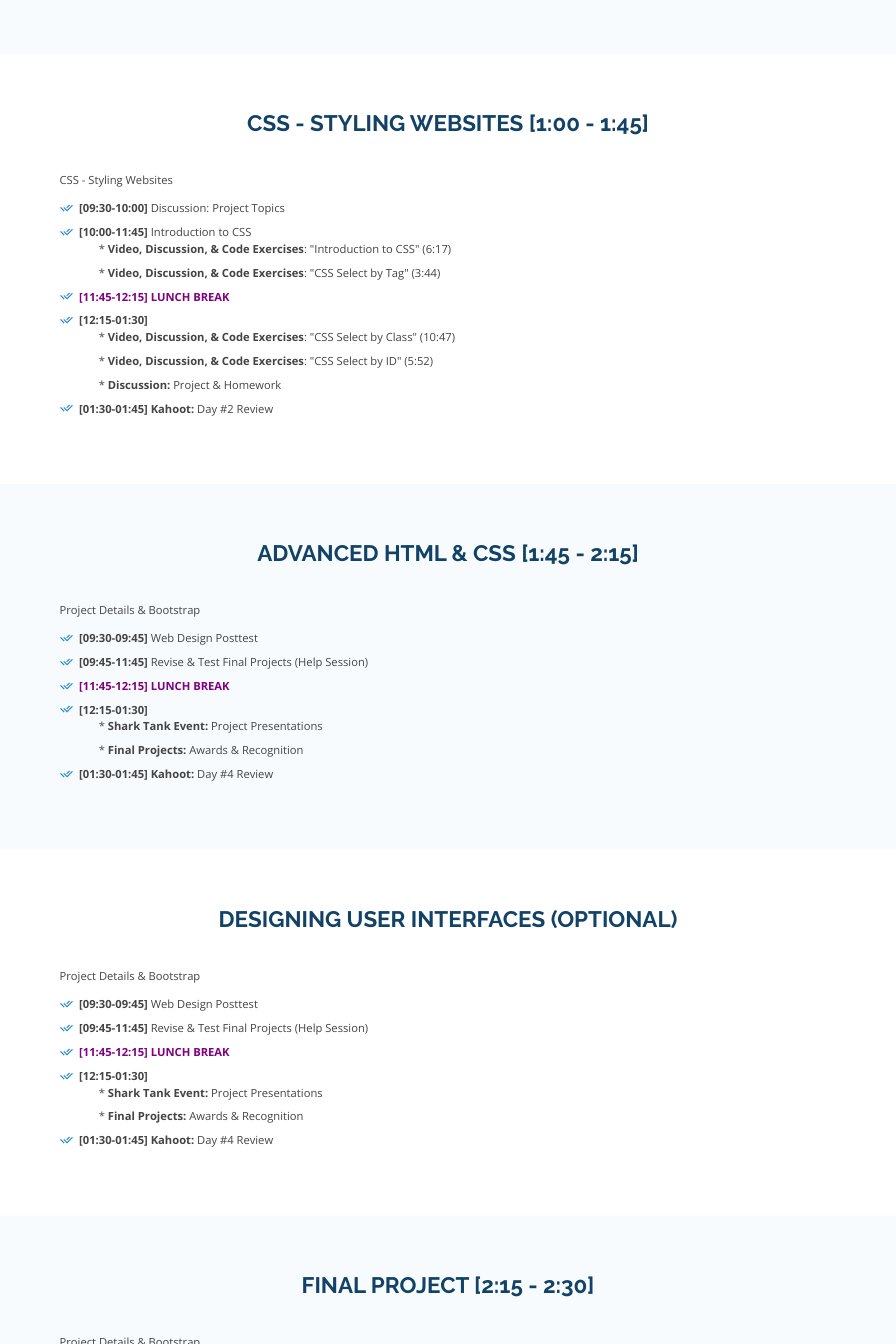
Repository: cchatmon/BMIT-Program
Page: BMIT_OnePage/index.html
The author's editor kept a record of every edit. The page is drawn from the files as they stood at one moment, then again after the next edit.
The browser window is 1280 px wide. The pictures show the part of the page from y = 1461 to 3381 px (the page is 3789 px tall before and 3786 px after), at 70% of full size.
Backgrounds fixed to the window are drawn as part of the page.

Above is the page before.

### BMIT_OnePage/index.html
<!DOCTYPE html>
<html lang="en">

<head>
  <meta charset="utf-8">
  <meta content="width=device-width, initial-scale=1.0" name="viewport">

  <title>FSU BMIT Program</title>
  <meta content="" name="descriptison">
  <meta content="" name="keywords">

  <!-- Favicons -->
  <link href="assets/img/favicon.png" rel="icon">
  <link href="assets/img/apple-touch-icon.png" rel="apple-touch-icon">

  <!-- Google Fonts -->
  <link href="https://fonts.googleapis.com/css?family=Open+Sans:300,300i,400,400i,600,600i,700,700i|Raleway:300,300i,400,400i,500,500i,600,600i,700,700i|Poppins:300,300i,400,400i,500,500i,600,600i,700,700i" rel="stylesheet">

  <!-- Vendor CSS Files -->
  <link href="assets/vendor/bootstrap/css/bootstrap.min.css" rel="stylesheet">
  <link href="assets/vendor/icofont/icofont.min.css" rel="stylesheet">
  <link href="assets/vendor/boxicons/css/boxicons.min.css" rel="stylesheet">
  <link href="assets/vendor/remixicon/remixicon.css" rel="stylesheet">
  <link href="assets/vendor/venobox/venobox.css" rel="stylesheet">
  <link href="assets/vendor/owl.carousel/assets/owl.carousel.min.css" rel="stylesheet">
  <link href="assets/vendor/aos/aos.css" rel="stylesheet">

  <!-- Template Main CSS File -->
  <link href="assets/css/style.css" rel="stylesheet">

  <!-- =======================================================
  * Template Name: OnePage - v2.0.0
  * Template URL: https://bootstrapmade.com/onepage-multipurpose-bootstrap-template/
  * Author: BootstrapMade.com
  * License: https://bootstrapmade.com/license/
  ======================================================== -->
</head>

<body>

  <!-- ======= Header ======= -->
  <header id="header" class="fixed-top">
    <div class="container d-flex align-items-center">

      <h1 class="logo mr-auto"><a href="index.html">FSU BMIT Program</a></h1>
      <!-- Uncomment below if you prefer to use an image logo -->
      <!-- <a href="index.html" class="logo mr-auto"><img src="assets/img/logo.png" alt="" class="img-fluid"></a>-->

      <nav class="nav-menu d-none d-lg-block">
        <ul>
          <li><a href="#getStarted">Getting Started</a></li>
          <li><a href="#htmlStructure">HTML - Structuring Websites</a></li>
          <li><a href="#cssStyling">CSS - Styling Websites</a></li>
          <li><a href="#advanceHTML">Advance HTML & CSS</a></li>
          <li><a href="#userInterface">Designing User Interfaces</a></li>
          <li><a href="#finalProject">Final Project</a></li>
        </ul>
      </nav><!-- .nav-menu -->
    </div>
  </header><!-- End Header -->

  <!-- ======= Hero Section ======= -->
  <section id="hero" class="d-flex align-items-center">
    <div class="container position-relative" data-aos="fade-up" data-aos-delay="100">
      <div class="row justify-content-center">
        <div class="col-xl-7 col-lg-9 text-center">
          <h1>BMIT Web Design Training</h1>
          <h2>Instructor:  Christy Chatmon</h2>
        </div>
      </div>
      </div>
  </section><!-- End Hero -->

  <main id="main">

    <!-- ======= Get Started ======= -->
    <section id="getStarted" class="about">
      <div class="container" data-aos="fade-up">

        <div class="section-title">
          <h2>Getting Started [11:45 - 12:15]</h2>
          <p>Getting Started & Structuring Websites using HTML </p>
        </div>

        <div class="row content">
          <div class="col-lg-12">
            <p>In today's world, web pages are the most common medium for sharing ideas and information.  Learning to design websites is an incredibly useful skill for any career path. The CodeHS Web Design course is a project-based course that teaches students how to build their own web pages. Students will learn the languages HTML and CSS, and will create their own live homepages to serve as portfolios of their creations. By the end of this session, students will be able to explain how web pages are developed and viewed on the Internet,analyze and fix errors in existing websites, and create their very own multi-page websites.  Students will learn the foundations of user interface design, rapid prototyping and user testing,and will work to create professional, mobile responsive websites.
            </p>
            <ul>
              <li><i class="ri-check-double-line"></i>introductions & CodeHS
                  <ul>
                    <li>* <a href="https://codehs.com/go/6C265"><u>Click to go to CodeHS</u></a></li>
                    <li>* Use the following code to join the class:  <b style="color:red;">6C265</b></li>
                    <li>* Web Development Resources:
                          <ul>
                            <li><a href="https://www.w3schools.com/">-- <u>w3schools Online Web Tutorials</u></a></li>
                            <li><a href="https://www.tutorialspoint.com/html/index.htm">-- <u>Tutorialspoint</u></a></li>
                            <li><a href="https://html.com/">-- <u>Learn HTML Code, Tags & CSS</u></a></li>
                          </ul>
                    </li>
                  </ul>
              </li>

              <li><i class="ri-check-double-line"></i><b>[12:15-12:30]</b> Web Design Pretest (15 questions)</li>


            </ul>
          </div>
        </div>
      </div>
    </section>    <!-- =======END Get Started ======= -->


    <!-- ======= HTML Structure ======= -->
    <section id="htmlStructure" class="services section-bg">
      <div class="container" data-aos="fade-up">

        <div class="section-title">
          <h2>HTML - Structuring Websites [12:15 - 1:00]</h2>
        </div>


        <div class="row content">
          <div class="col-lg-12">

            <h4>Topics:</h4>
            <ul>
                  <ul>
                    <li>* Introduction to HTML </li>
                    <li>* Structure of an HTML page </li>
                    <li>* Formatting Text </li>
                    <li>* Links </li>
                    <li>* Images </li>
                    <li>* Copyright </li>
                    <li>* HTML Lists </li>
                    <li>* HTML Styling </li>
                  </ul>
                </li>
            </ul>
          </div>
        </div>
      </div>
    </section>    <!-- ======= END HTML Structure ======= -->

    <!-- ======= CSS Styling ======= -->
    <section id="cssStyling" class="portfolio">
      <div class="container" data-aos="fade-up">

        <div class="section-title">
          <h2>CSS - Styling Websites [1:00 - 1:45]</h2>
        </div>


        <div class="row content">
          <div class="col-lg-12">
            <p>CSS - Styling Websites
            </p>
            <ul>
              <li><i class="ri-check-double-line"></i><b>[09:30-10:00]</b> Discussion:  Project Topics</li>

              <li><i class="ri-check-double-line"></i><b>[10:00-11:45]</b> Introduction to CSS
                  <ul>
                    <li>* <b>Video, Discussion, & Code Exercises</b>: "Introduction to CSS" (6:17) </li>
                    <li>* <b>Video, Discussion, & Code Exercises</b>:  "CSS Select by Tag" (3:44) </li>
                  </ul>
                </li>
                <li><i class="ri-check-double-line"></i><b style="color:purple;">[11:45-12:15]  LUNCH BREAK </b>
                </li>
                <li><i class="ri-check-double-line"></i><b>[12:15-01:30]</b>
                <ul>
                    <li>* <b>Video, Discussion, & Code Exercises</b>:  "CSS Select by Class" (10:47) </li>
                    <li>* <b>Video, Discussion, & Code Exercises</b>: "CSS Select by ID" (5:52) </li>
                    <li>* <b>Discussion:</b>  Project & Homework </li>
                  </ul>
              </li>
                <li><i class="ri-check-double-line"></i><b>[01:30-01:45]  Kahoot:</b>   Day #2 Review
              </li>

            </ul>
          </div>
        </div>
      </div>
    </section>    <!-- ======= END CSS Styling ======= -->

    <!-- ======= Advance HTML & CSS ======= -->
    <section id="advanceHTML" class="team section-bg">
      <div class="container" data-aos="fade-up">

        <div class="section-title">
          <h2>Advanced HTML & CSS [1:45 - 2:15]</h2>
        </div>


        <div class="row content">
          <div class="col-lg-12">
            <p>Project Details & Bootstrap
            </p>
            <ul>
               <li><i class="ri-check-double-line"></i><b>[09:30-09:45]</b> Web Design Posttest</li>

              <li><i class="ri-check-double-line"></i><b>[09:45-11:45]</b> Revise & Test Final Projects (Help Session)
                </li>
                <li><i class="ri-check-double-line"></i><b style="color:purple;">[11:45-12:15]  LUNCH BREAK </b>
                </li>
                <li><i class="ri-check-double-line"></i><b>[12:15-01:30]</b>
                <ul>
                    <li>*  <b>Shark Tank Event:</b>  Project Presentations  </li>

                    <li>*  <b>Final Projects:  </b>Awards & Recognition  </li>
                  </ul>
              </li>
                <li><i class="ri-check-double-line"></i><b>[01:30-01:45]  Kahoot:</b>  Day #4 Review
              </li>

            </ul>
          </div>
        </div>
      </div>
    </section>    <!-- ======= END Advance HTML & CSS ======= -->

        <!-- ======= Designing User Interfaces ======= -->
    <section id="userInterface" class="about">
      <div class="container" data-aos="fade-up">

        <div class="section-title">
          <h2>Designing User Interfaces (Optional)</h2>
        </div>


        <div class="row content">
          <div class="col-lg-12">
            <p>Project Details & Bootstrap
            </p>
            <ul>
               <li><i class="ri-check-double-line"></i><b>[09:30-09:45]</b> Web Design Posttest</li>

              <li><i class="ri-check-double-line"></i><b>[09:45-11:45]</b> Revise & Test Final Projects (Help Session)
                </li>
                <li><i class="ri-check-double-line"></i><b style="color:purple;">[11:45-12:15]  LUNCH BREAK </b>
                </li>
                <li><i class="ri-check-double-line"></i><b>[12:15-01:30]</b>
                <ul>
                    <li>*  <b>Shark Tank Event:</b>  Project Presentations  </li>

                    <li>*  <b>Final Projects:  </b>Awards & Recognition  </li>
                  </ul>
              </li>
                <li><i class="ri-check-double-line"></i><b>[01:30-01:45]  Kahoot:</b>  Day #4 Review
              </li>

            </ul>
          </div>
        </div>
      </div>
    </section><!-- ======= END Designing User Interfaces ======= -->

    <!-- ======= Final Project ======= -->
    <section id="finalProject" class="team section-bg">
      <div class="container" data-aos="fade-up">

        <div class="section-title">
          <h2>Final Project [2:15 - 2:30]</h2>
        </div>


        <div class="row content">
          <div class="col-lg-12">
            <p>Project Details & Bootstrap
            </p>
            <ul>
               <li><i class="ri-check-double-line"></i><b>[09:30-09:45]</b> Web Design Posttest</li>

              <li><i class="ri-check-double-line"></i><b>[09:45-11:45]</b> Revise & Test Final Projects (Help Session)
                </li>
                <li><i class="ri-check-double-line"></i><b style="color:purple;">[11:45-12:15]  LUNCH BREAK </b>
                </li>
                <li><i class="ri-check-double-line"></i><b>[12:15-01:30]</b>
                <ul>
                    <li>*  <b>Shark Tank Event:</b>  Project Presentations  </li>

                    <li>*  <b>Final Projects:  </b>Awards & Recognition  </li>
                  </ul>
              </li>
                <li><i class="ri-check-double-line"></i><b>[01:30-01:45]  Kahoot:</b>  Day #4 Review
              </li>

            </ul>
          </div>
        </div>
      </div>
    </section> <!-- ======= END Final Project ======= -->


  </main><!-- End #main -->

  <!-- ======= Footer ======= -->
  <footer id="footer">

    <div class="container d-md-flex py-4">

      <div class="mr-md-auto text-center text-md-left">
        <div class="copyright">
          &copy; Copyright <strong><span>FSU BMIT Program 2022</span></strong>. All Rights Reserved
        </div>

  </footer><!-- End Footer -->

  <a href="#" class="back-to-top"><i class="ri-arrow-up-line"></i></a>
  <div id="preloader"></div>

  <!-- Vendor JS Files -->
  <script src="assets/vendor/jquery/jquery.min.js"></script>
  <script src="assets/vendor/bootstrap/js/bootstrap.bundle.min.js"></script>
  <script src="assets/vendor/jquery.easing/jquery.easing.min.js"></script>
  <script src="assets/vendor/php-email-form/validate.js"></script>
  <script src="assets/vendor/waypoints/jquery.waypoints.min.js"></script>
  <script src="assets/vendor/counterup/counterup.min.js"></script>
  <script src="assets/vendor/venobox/venobox.min.js"></script>
  <script src="assets/vendor/owl.carousel/owl.carousel.min.js"></script>
  <script src="assets/vendor/isotope-layout/isotope.pkgd.min.js"></script>
  <script src="assets/vendor/aos/aos.js"></script>

  <!-- Template Main JS File -->
  <script src="assets/js/main.js"></script>

</body>

</html>

Loaded but not shown: BMIT_OnePage/assets/vendor/bootstrap/css/bootstrap.min.css (library); BMIT_OnePage/assets/vendor/icofont/icofont.min.css (library); BMIT_OnePage/assets/vendor/boxicons/css/boxicons.min.css (library); BMIT_OnePage/assets/vendor/remixicon/remixicon.css (library); BMIT_OnePage/assets/vendor/venobox/venobox.css (library); BMIT_OnePage/assets/vendor/owl.carousel/assets/owl.carousel.min.css (library); BMIT_OnePage/assets/vendor/aos/aos.css (library); BMIT_OnePage/assets/vendor/jquery/jquery.min.js (library); BMIT_OnePage/assets/vendor/bootstrap/js/bootstrap.bundle.min.js (library); BMIT_OnePage/assets/vendor/jquery.easing/jquery.easing.min.js (common file); BMIT_OnePage/assets/vendor/php-email-form/validate.js (library); BMIT_OnePage/assets/vendor/waypoints/jquery.waypoints.min.js (library); BMIT_OnePage/assets/vendor/counterup/counterup.min.js (common file); BMIT_OnePage/assets/vendor/venobox/venobox.min.js (library); BMIT_OnePage/assets/vendor/owl.carousel/owl.carousel.min.js (library); BMIT_OnePage/assets/vendor/isotope-layout/isotope.pkgd.min.js (library); BMIT_OnePage/assets/vendor/aos/aos.js (library); BMIT_OnePage/assets/js/main.js (207 lines, source omitted); BMIT_OnePage/assets/css/style.css (2029 lines, source omitted)

After the next edit:
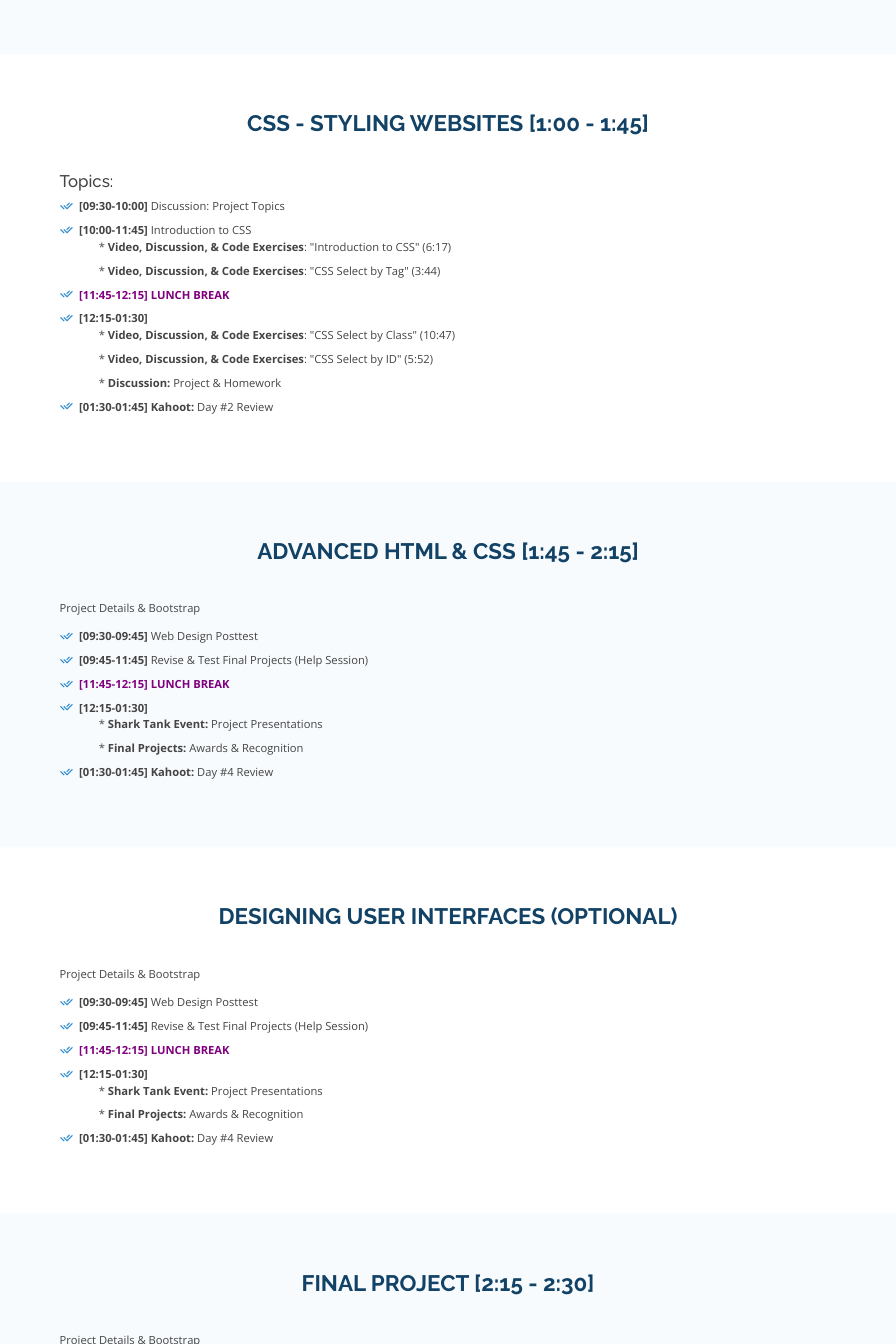
The edit:
--- a/BMIT_OnePage/index.html
+++ b/BMIT_OnePage/index.html
@@ -153,8 +153,8 @@
 
         <div class="row content">
           <div class="col-lg-12">
-            <p>CSS - Styling Websites
-            </p>
+
+           <h4>Topics:</h4>
             <ul>
               <li><i class="ri-check-double-line"></i><b>[09:30-10:00]</b> Discussion:  Project Topics</li>
 
